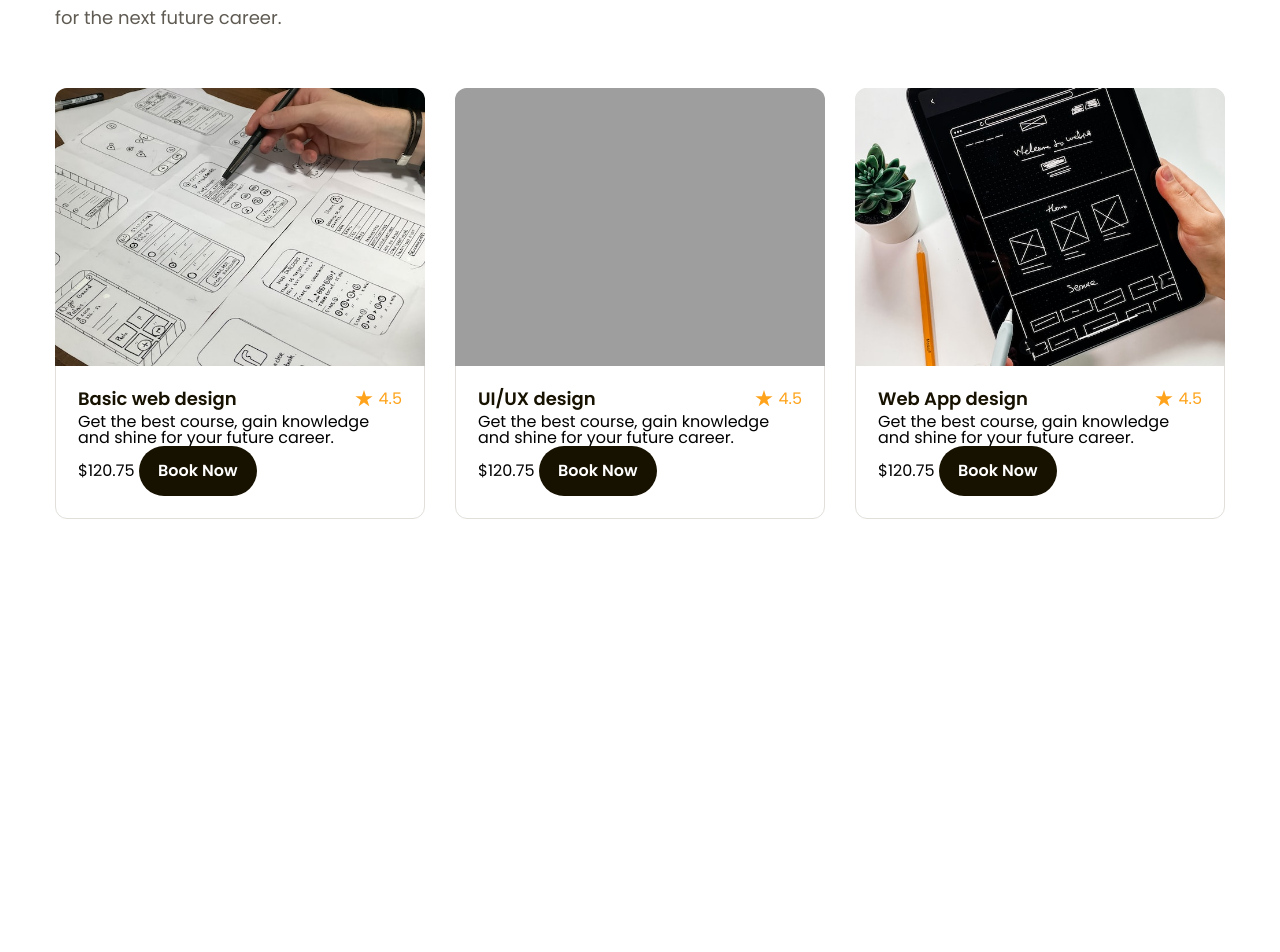
Repository: Tran-Dat/F8-Project-02
Page: index.html
These files come from the project's save history. The page is drawn as it stood at one moment and after the next save; the edit follows.
The browser window is 1280 px wide. The pictures show the part of the page from y = 1191 to 2143 px (the page is 3000 px tall).
Pictures or frames that could not be fetched are drawn as grey boxes. A picture or video elsewhere on the page could not be fetched, so the positions and the page height are approximate.

Above is the page before, as saved 2023-03-30 18:41:43.

### index.html
<!DOCTYPE html>
<html lang="en">
    <head>
        <meta charset="UTF-8" />
        <meta http-equiv="X-UA-Compatible" content="IE=edge" />
        <meta name="viewport" content="width=device-width, initial-scale=1.0" />
        <title>F8 Project 02</title>
        <!-- reset css -->
        <link rel="stylesheet" href="assets/css/reset.css" />

        <!-- Font gg -->
        <link rel="preconnect" href="https://fonts.googleapis.com" />
        <link rel="preconnect" href="https://fonts.gstatic.com" crossorigin />
        <link
            href="https://fonts.googleapis.com/css2?family=Poppins:ital,wght@0,400;0,500;0,600;0,700;1,400&family=Sen:wght@700&display=swap"
            rel="stylesheet"
        />

        <!-- styles css -->
        <link rel="stylesheet" href="assets/css/styles.css" />
    </head>
    <body>
        <main style="height: 3000px">
            <!-- Header -->
            <header class="header fixed">
                <div class="main-content">
                    <div class="body">
                        <!-- Logo -->
                        <img
                            src="./assets/img/Logo-Lesson.svg"
                            alt="Lesseon"
                            class="logo"
                        />

                        <!-- Nav -->
                        <nav class="nav">
                            <ul>
                                <li class="active">
                                    <a href="#!">Home</a>
                                </li>
                                <li>
                                    <a href="#!">Courses</a>
                                </li>
                                <li>
                                    <a href="#!">Pricing</a>
                                </li>
                                <li>
                                    <a href="#!">Reviews</a>
                                </li>
                            </ul>
                        </nav>

                        <!-- ACtion -->
                        <div class="action">
                            <a href="#!" class="btn sign-up-btn">sign up</a>
                        </div>
                    </div>
                </div>
            </header>

            <!-- Hero -->
            <div class="hero">
                <div class="main-content">
                    <div class="body">
                        <!-- hero left -->
                        <div class="media-block">
                            <img
                                src="./assets/img/Hero-img.jpg"
                                alt="Learn without limits and spread knowledge."
                                class="img"
                            />

                            <div class="hero-summary">
                                <!-- Item 1 -->
                                <div class="item">
                                    <div class="icon">
                                        <img
                                            src="./assets/icon/list.svg"
                                            alt=""
                                        />
                                    </div>
                                    <div class="info">
                                        <p class="lable">20 Courses</p>
                                        <p class="title">UI/UX Design</p>
                                    </div>
                                </div>

                                <!-- Item 2 -->
                                <div class="item">
                                    <div class="icon">
                                        <img
                                            src="./assets/icon/code.svg"
                                            alt=""
                                        />
                                    </div>
                                    <div class="info">
                                        <p class="lable">20 Courses</p>
                                        <p class="title">Development</p>
                                    </div>
                                </div>

                                <!-- Item 3 -->
                                <div class="item">
                                    <div class="icon">
                                        <img
                                            src="./assets/icon/speaker.svg"
                                            alt=""
                                        />
                                    </div>
                                    <div class="info">
                                        <p class="lable">30 Courses</p>
                                        <p class="title">Marketing</p>
                                    </div>
                                </div>
                            </div>
                        </div>

                        <!-- hero right -->
                        <div class="content-block">
                            <h1 class="heading lv1">
                                Learn without limits and spread knowledge.
                            </h1>
                            <p class="desc">
                                Build new skills for that “this is my year”
                                feeling with courses, certificates, and degrees
                                from world-class universities and companies.
                            </p>
                            <div class="cta-group">
                                <a href="" class="btn hero-cta">See Courses</a>
                                <button class="watch-video">
                                    <div class="icon">
                                        <img
                                            src="./assets/icon/play.svg"
                                            alt=""
                                        />
                                    </div>
                                    <span>Watch Video</span>
                                </button>
                            </div>
                            <p class="desc">Recent engagement</p>
                            <p class="desc stats">
                                <strong>50K</strong> Students
                                <strong>70+</strong> Courses
                            </p>
                        </div>
                    </div>
                </div>
            </div>

            <!-- Popular -->
            <div class="popular">
                <div class="main-content">
                    <!-- Popular-top -->
                    <div class="popular-top">
                        <div class="info">
                            <h2 class="heading lv2">Our popular courses</h2>
                            <p class="desc">
                                Build new skills with new trendy courses and
                                shine for the next future career.
                            </p>
                        </div>
                        <div class="controls">
                            <button class="control-btn">
                                <svg
                                    width="8"
                                    height="14"
                                    viewBox="0 0 8 14"
                                    fill="none"
                                    xmlns="http://www.w3.org/2000/svg"
                                >
                                    <path
                                        d="M7 1L1 7L7 13"
                                        stroke="currentColor"
                                        stroke-linecap="round"
                                        stroke-linejoin="round"
                                    />
                                </svg>
                            </button>
                            <button class="control-btn">
                                <svg
                                    width="8"
                                    height="14"
                                    viewBox="0 0 8 14"
                                    fill="none"
                                    xmlns="http://www.w3.org/2000/svg"
                                >
                                    <path
                                        d="M1 1L7 7L1 13"
                                        stroke="currentColor"
                                        stroke-linecap="round"
                                        stroke-linejoin="round"
                                    />
                                </svg>
                            </button>
                        </div>
                    </div>

                    <!-- Course-bottom -->
                    <div class="course-list">
                        <!-- course-item 1 -->
                        <div class="course-item">
                            <img
                                src="./assets/img/course-1.jpg"
                                alt="Basic web design"
                                class="thumb"
                            />
                            <div class="info">
                                <!-- head-info-course -->
                                <div class="head">
                                    <h3 class="title">Basic web design</h3>
                                    <div class="rating">
                                        <img
                                            src="./assets/icon/Star.svg"
                                            alt="star"
                                            class="star"
                                        />
                                        <span class="value">4.5</span>
                                    </div>
                                </div>

                                <!-- p-info-course -->
                                <p class="desc">
                                    Get the best course, gain knowledge and
                                    shine for your future career.
                                </p>

                                <!-- foot-info-course -->
                                <div class="foot">
                                    <span class="price">$120.75</span>
                                    <div class="btn">Book Now</div>
                                </div>
                            </div>
                        </div>

                        <!-- course-item 2 -->
                        <div class="course-item">
                            <img
                                src="./assets/img/course-2.jpg"
                                alt="UI/UX design"
                                class="thumb"
                            />
                            <div class="info">
                                <!-- head-info-course -->
                                <div class="head">
                                    <h3 class="title">UI/UX design</h3>
                                    <div class="rating">
                                        <img
                                            src="./assets/icon/Star.svg"
                                            alt="star"
                                            class="star"
                                        />
                                        <span class="value">4.5</span>
                                    </div>
                                </div>

                                <!-- p-info-course -->
                                <p class="desc">
                                    Get the best course, gain knowledge and
                                    shine for your future career.
                                </p>

                                <!-- foot-info-course -->
                                <div class="foot">
                                    <span class="price">$120.75</span>
                                    <div class="btn">Book Now</div>
                                </div>
                            </div>
                        </div>

                        <!-- course-item 3 -->
                        <div class="course-item">
                            <img
                                src="./assets/img/course-3.jpg"
                                alt="Web App design"
                                class="thumb"
                            />
                            <div class="info">
                                <!-- head-info-course -->
                                <div class="head">
                                    <h3 class="title">Web App design</h3>
                                    <div class="rating">
                                        <img
                                            src="./assets/icon/Star.svg"
                                            alt="star"
                                            class="star"
                                        />
                                        <span class="value">4.5</span>
                                    </div>
                                </div>

                                <!-- p-info-course -->
                                <p class="desc">
                                    Get the best course, gain knowledge and
                                    shine for your future career.
                                </p>

                                <!-- foot-info-course -->
                                <div class="foot">
                                    <span class="price">$120.75</span>
                                    <div class="btn">Book Now</div>
                                </div>
                            </div>
                        </div>
                    </div>
                </div>
            </div>
        </main>
    </body>
</html>

### assets/css/styles.css
* {
    box-sizing: border-box;
}

:root {
    --primary-color: #ffb900;
    --font-heading: Sen, sans-serif;
}

html {
    font-size: 62.5%;
}

body {
    font-size: 1.6rem;
    font-family: "Poppins", sans-serif;
}

/*=================================================================== Common ===================================================================*/
a {
    text-decoration: none;
}

.heading {
    font-weight: 700;
    font-size: 5.8rem;
    color: #171100;
    font-family: var(--font-heading);
}

.heading.lv1 {
    line-height: 1.17;
    letter-spacing: -0.02em;
}

.heading.lv2 {
    font-size: 3.8rem;
    line-height: 1.26;
}

.btn {
    display: inline-block;
    min-width: 118px;
    padding: 0 16px;
    line-height: 50px;
    font-weight: 600;
    font-size: 1.6rem;
    text-align: center;
    color: #ffffff;
    background: #171100;
    border-radius: 999px;
}

.btn:hover {
    opacity: 0.8;
}

.main-content {
    width: 1170px;
    max-width: calc(100% - 48px);
    margin-left: auto;
    margin-right: auto;
}

/*=================================================================== Header =================================================================== */

.header {
    background: #fffcf4;
}

.header.fixed {
    position: sticky;
    top: -28px;
    z-index: 10;
}

.header .body {
    display: flex;
    align-items: center;
    padding: 36px 0 8px;
}

.nav {
    margin-left: auto;
}

.nav ul {
    display: flex;
}

.nav a {
    position: relative;
    padding: 8px 21px;
    font-size: 1.6rem;
    color: #5f5b53;
}

.nav a:hover,
.nav li.active a {
    /* font-weight: 600; */
    text-shadow: 1px 0 0 currentColor;
    color: #171100;
}

.nav li.active a::after {
    position: absolute;
    left: 21px;
    bottom: 6px;
    display: block;
    content: "";
    width: 12px;
    height: 2px;
    background: #171100;
    border-radius: 1px;
}

.header .sign-up-btn {
    min-width: 144px;
}

.header .action {
    margin-left: 49px;
}

/*=================================================================== Hero =================================================================== */
.hero {
    padding: 56px 0 65px;
    background: #fffcf4;
}

.hero .body {
    display: flex;
}

/* ========= Hero-left========== */

.hero .media-block {
    width: 48%;
    position: relative;
}

.hero .media-block .img {
    width: 470px;
    height: 685px;
    object-fit: cover;
    border-radius: 20px;
    display: block;
}

.hero-summary {
    position: absolute;
    right: 0;
    bottom: 48px;
    padding: 24px 58px 24px 24px;
    background: #ffffff;
    box-shadow: 0px 16px 32px rgba(0, 0, 0, 0.05);
    border-radius: 12px;
}

.hero-summary .item {
    display: flex;
    align-items: center;
}

.hero-summary .item + .item {
    margin-top: 22px;
}

.hero-summary .icon {
    width: 48px;
    height: 48px;
    border-radius: 50%;
    display: flex;
    align-items: center;
    justify-content: center;
    background: #fff9e8;
}

.hero-summary .item:nth-of-type(2) .icon {
    background: #fcefff;
}

.hero-summary .item:nth-of-type(3) .icon {
    background: #ebeaff;
}

.hero-summary .info {
    margin-left: 16px;
}

.hero-summary .lable {
    font-size: 1.4rem;
    line-height: 1.86;
    color: #5f5b53;
}

.hero-summary .title {
    font-weight: 600;
    font-size: 1.8rem;
    line-height: 1.67;
    color: #171100;
}

/* ========= Hero-right========== */

.hero .content-block {
    width: 52%;
    padding: 64px 0 0 130px;
}

.hero .desc {
    margin-top: 22px;
    font-size: 1.8rem;
    line-height: 1.67;
    color: #5f5b53;
}

.hero .cta-group {
    display: flex;
    align-items: center;
    margin: 38px 0 48px;
}

.hero-cta {
    min-width: 180px;
    line-height: 64px;
    background-color: var(--primary-color);
}

.hero .watch-video {
    align-items: center;
    display: flex;
    margin-left: 28px;
    border: none;
    background: #fffcf4;
    cursor: pointer;
}

.hero .watch-video .icon {
    display: flex;
    align-items: center;
    justify-content: center;
    width: 40px;
    height: 40px;
    border-radius: 50%;
    background: #ffffff;
    box-shadow: 0px 8px 16px rgba(0, 0, 0, 0.07);
}

.hero .watch-video span {
    font-weight: 600;
    margin-left: 14px;
    font-size: 1.8rem;
    line-height: 1.67;
    color: #171100;
}

.hero .stats {
    margin: 8px 0 0 -28px;
}

.hero .stats strong {
    padding: 0 8px 0 28px;
    font-weight: 700;
    font-size: 4.4rem;
    line-height: 1.23;
    font-family: var(--font-heading);
    color: #171100;
}

/*=================================================================== Popular =================================================================== */

.popular {
    padding-top: 200px;
}

.popular-top {
    display: flex;
    justify-content: space-between;
    align-items: center;
}

.popular-top .desc {
    margin-top: 16px;
    width: 458px;
    font-size: 1.8rem;
    line-height: 1.67;
    color: #5f5b53;
}

.popular-top .controls {
    display: flex;
    gap: 18px;
}

.popular-top .control-btn {
    display: flex;
    align-items: center;
    justify-content: center;
    width: 40px;
    height: 40px;
    color: var(--primary-color);
    border: 1px solid var(--primary-color);
    border-radius: 50%;
    background: transparent;
}

.popular-top .control-btn:hover {
    color: #fff;
    background-color: var(--primary-color);
    border: 1px solid var(--primary-color);
    cursor: pointer;
}

/* ========= course-list ========= */

.popular .course-list {
    margin-top: 55px;
    gap: 30px;
    display: flex;
}

.popular .course-item {
    flex: 1;
    background: #fff;
    border: 1px solid #e2dfda;
    border-radius: 12px;
}

.popular .course-item .thumb {
    margin: -1px;
    width: calc(100% + 2px);
    height: 278px;
    object-fit: cover;
    border-radius: 12px 12px 0px 0px;
}

.popular .course-item .info {
    padding: 16px 22px 22px;
}
.popular .course-item .rating,
.popular .course-item .head {
    display: flex;
    align-items: center;
    justify-content: space-between;
}

.popular .course-item .title {
    font-weight: 600;
    font-size: 1.8rem;
    line-height: 1.67;
    color: #171100;
}

.popular .rating .value {
    margin-left: 6px;
    font-weight: 400;
    font-size: 1.6rem;
    line-height: 1.75;
    color: #fea31b;
}

Loaded but not shown: assets/css/reset.css (common file)

After the next save:
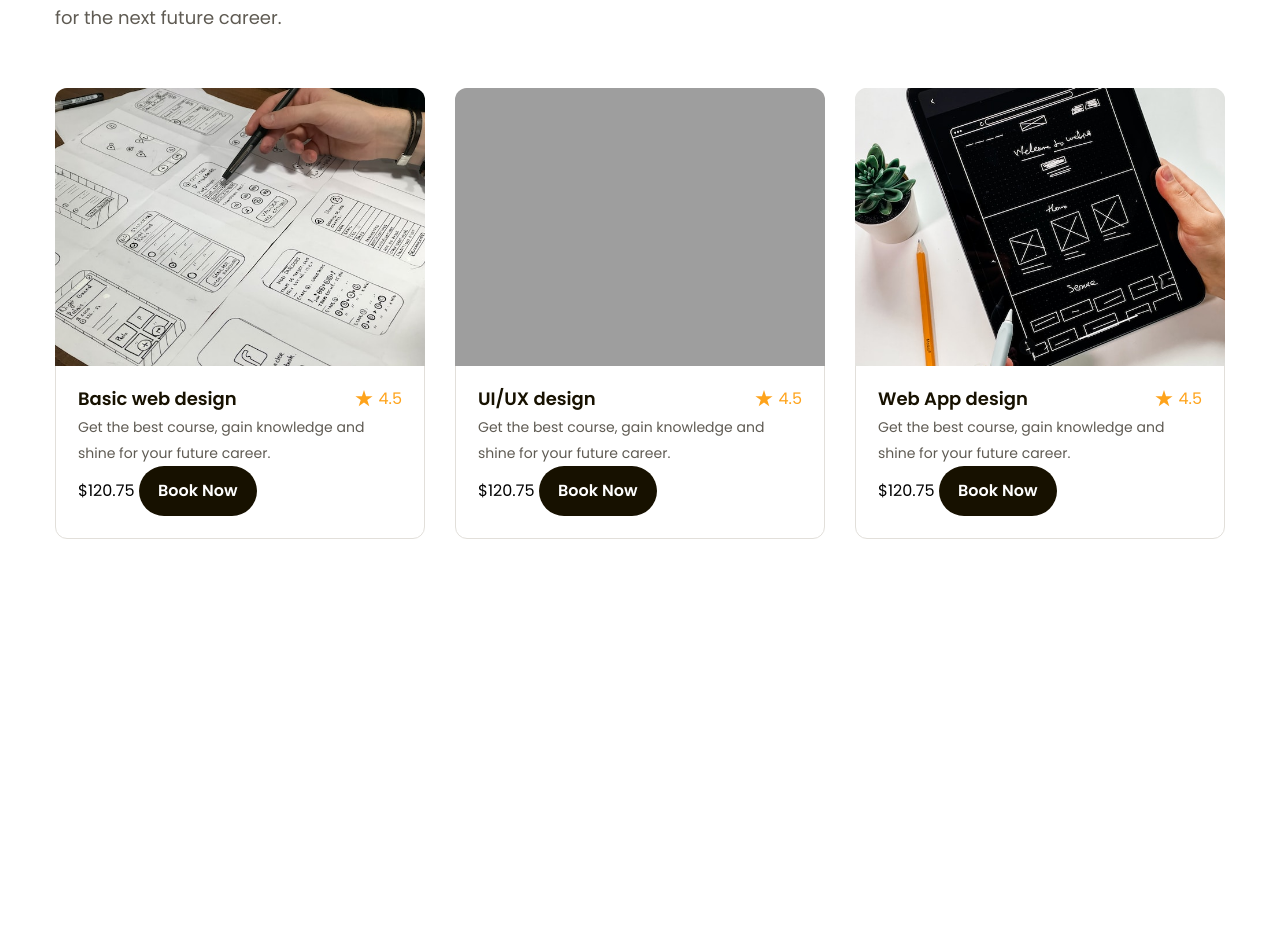
Saved 31 s later.
--- a/assets/css/styles.css
+++ b/assets/css/styles.css
@@ -359,3 +359,12 @@ a {
     line-height: 1.75;
     color: #fea31b;
 }
+
+.popular .course-item .desc {
+    font-weight: 400;
+    font-size: 14px;
+    line-height: 26px;
+    /* or 186% */
+
+    color: #5f5b53;
+}
